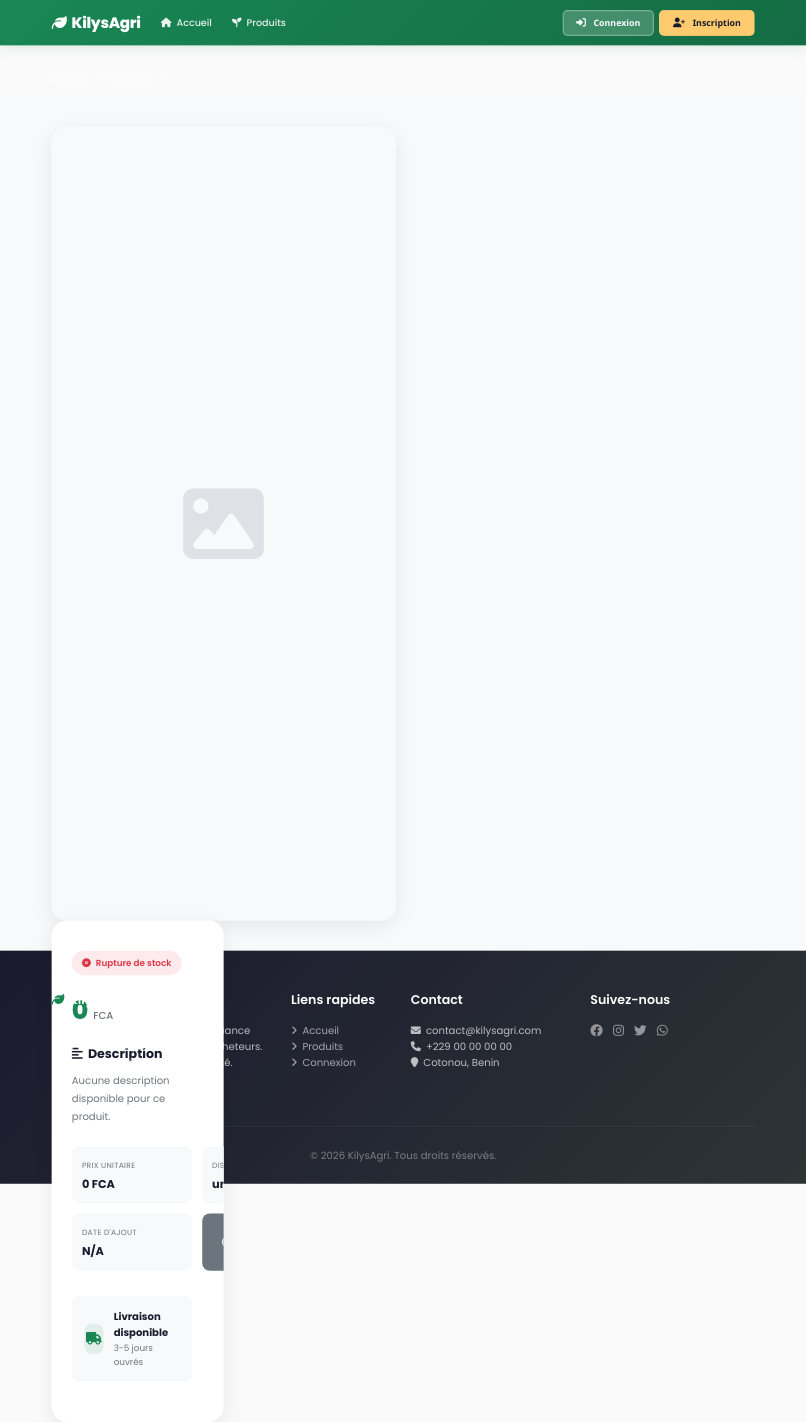
Repository: KILAYOSSI/projetdesoutenance
Page: templates/product/detail.html.twig
An editor plug-in stored every save of this project. The page is shown before and after the next save, followed by the edit.
The browser window is 1280 px wide. The pictures show the whole page, at 63% of full size.
The page is a Twig template of a Symfony application; nobody is signed in and links lead nowhere. The template is opened directly, without the code that normally fills it, so the values that code supplies are empty.

Above is the page before, as saved 2026-03-06 13:44:57.

After the next save:
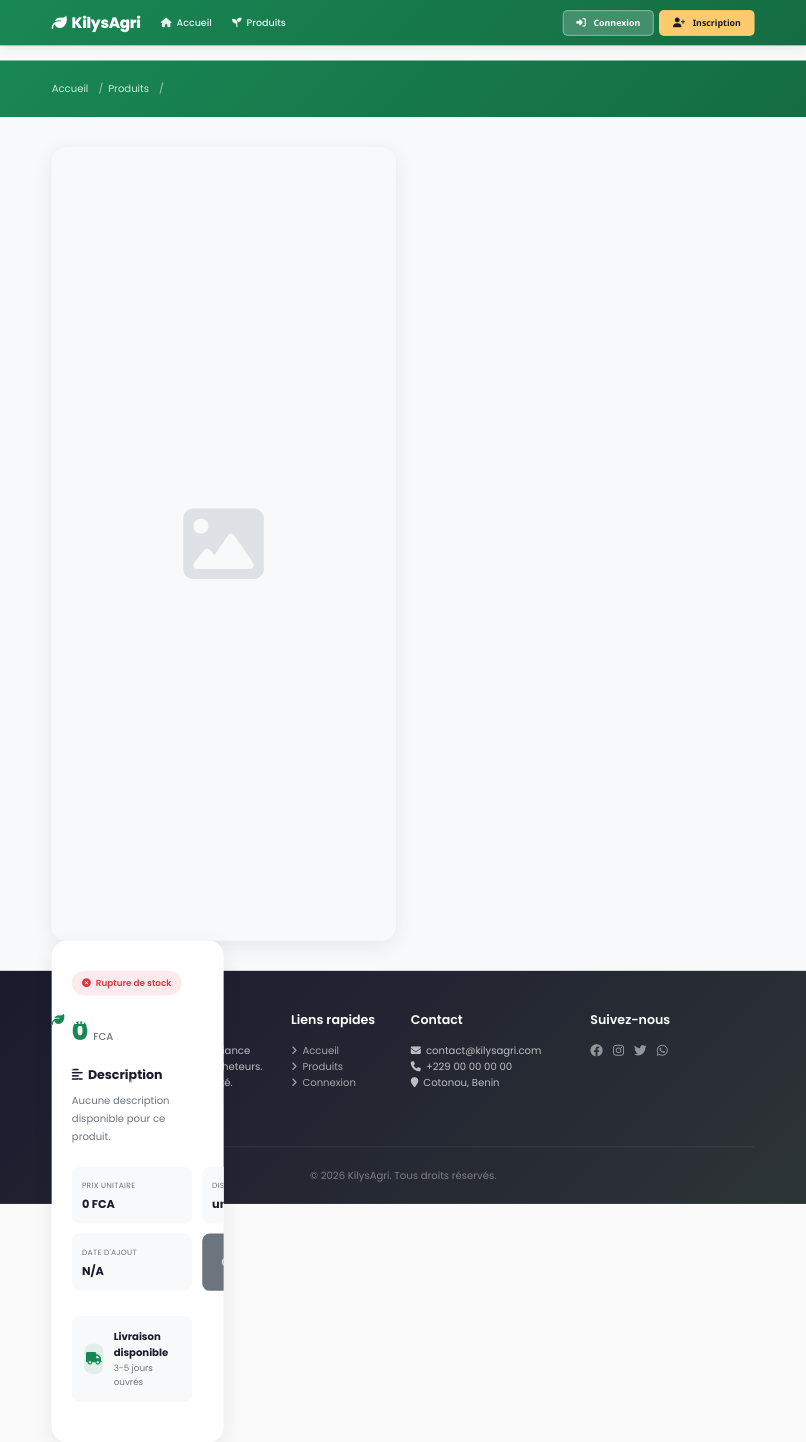
Saved 74 s later.
--- a/templates/product/detail.html.twig
+++ b/templates/product/detail.html.twig
@@ -4,9 +4,9 @@
 
 {% block stylesheets %}
 <style>
-
+    .breadcrumb-section {
+        background: linear-gradient(135deg, #198754 0%, #146c43 100%);
         padding: 1rem 0;
-        margin-top: 70px;
     }
 
     .breadcrumb {
